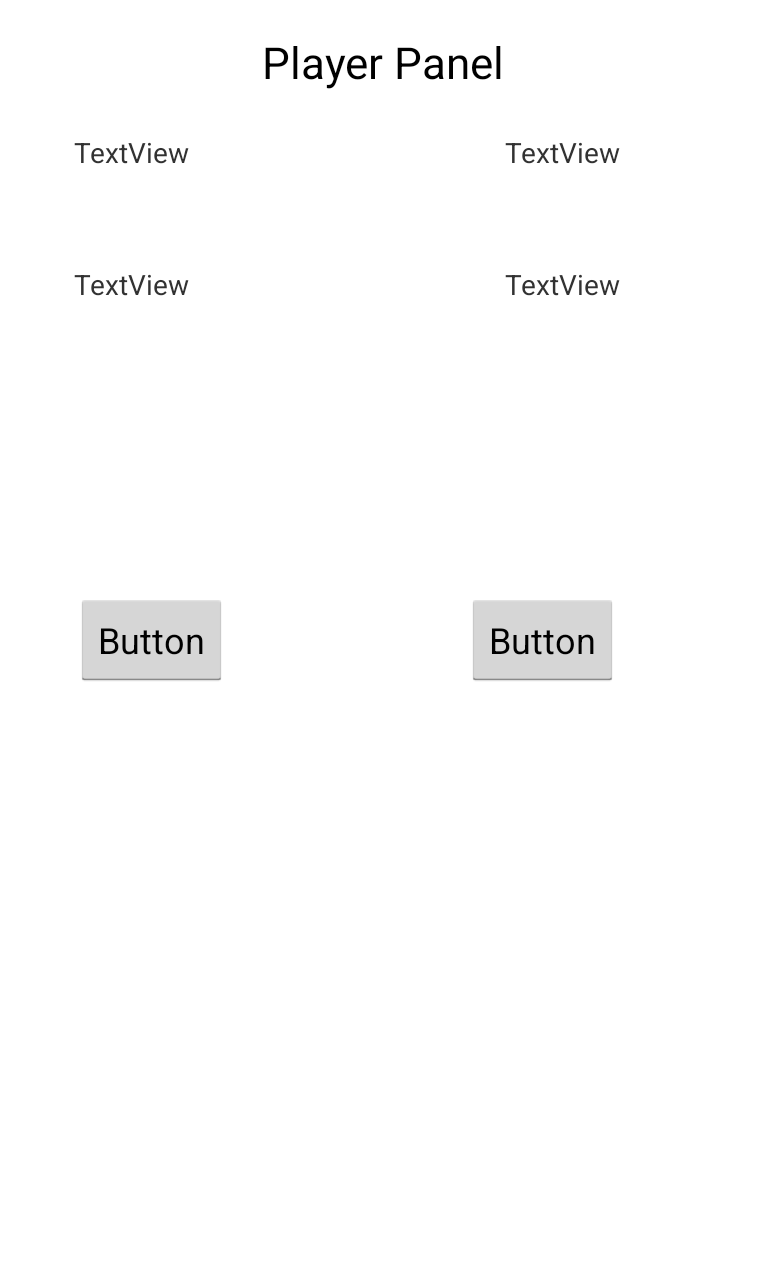
Repository: Sharkeysps/AndroidProjects
Layout: AndroidQuiz/Quiz/res/layout/activity_player_panel.xml
The author's editor kept a copy of each file at every save. The layout is drawn from the files as they stood at one save, then again after the next save.
It is drawn on a 768 x 1280 px phone screen (xhdpi) without system bars, with theme AppTheme; the app's code is not run.

Above is the layout before, as saved 2014-02-01 10:20:30.

After the next save:
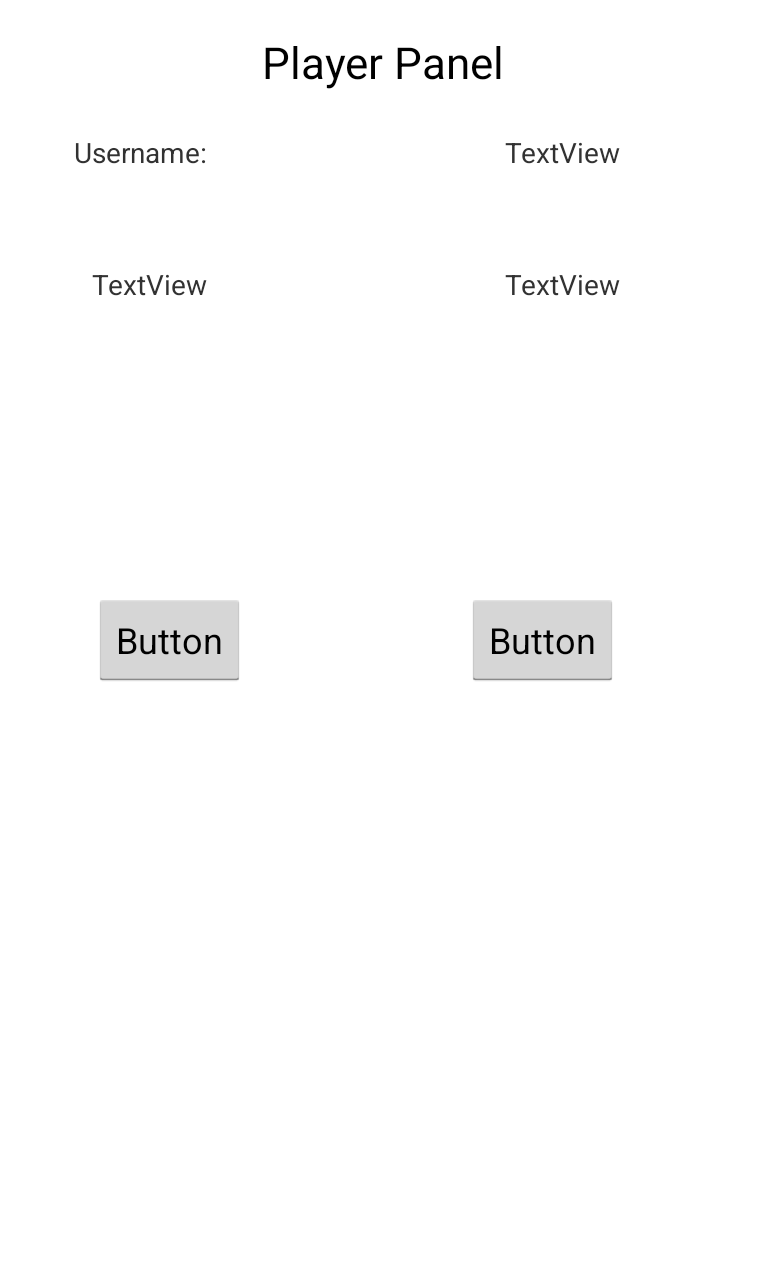
Saved 9 s later.
--- a/AndroidQuiz/Quiz/res/layout/activity_player_panel.xml
+++ b/AndroidQuiz/Quiz/res/layout/activity_player_panel.xml
@@ -25,7 +25,7 @@
         android:layout_below="@+id/textView1"
         android:layout_marginLeft="21dp"
         android:layout_marginTop="21dp"
-        android:text="TextView" />
+        android:text="Username:" />
 
     <TextView
         android:id="@+id/textView3"
